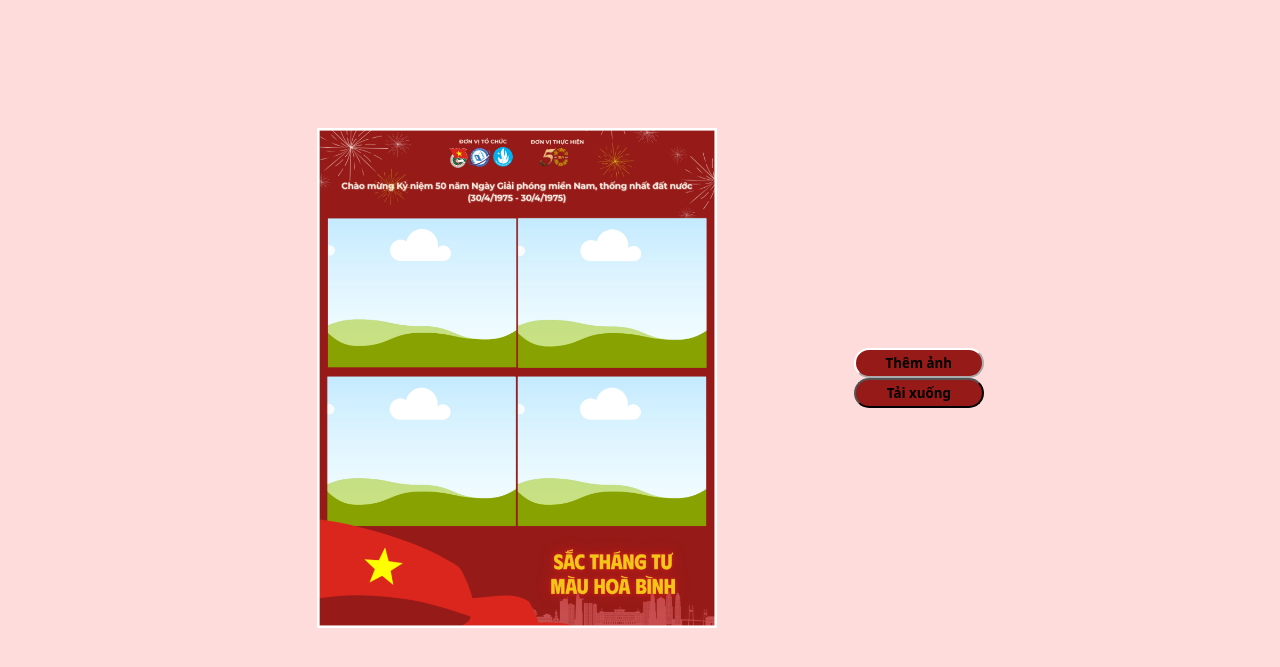
Repository: nguyentambinh/tuoitretdmu
Page: http://localhost/
These files come from the project's save history. The page is drawn as it stood at one moment and after a run of saves; the edit follows.
The browser window is 1280 px wide. The pictures show the whole page.
The page is run by PHP 8.4 with error messages shown; the project is at /var/www/html/.

Above is the page before, as saved 2025-04-10 12:56:38.

### index.php
<!DOCTYPE html>
<html lang="en">
<head>
    <meta charset="UTF-8">
    <meta name="viewport" content="width=device-width, initial-scale=1.0">
    <link rel="stylesheet" href="main.css">
    <script src="main.js"></script>
    <title></title>
</head>
<body>
    <div class = "container-box">
        <div class="background-box">

        </div>
        <div class="control-box">
            <button class="btn-add-picture">Thêm ảnh</button>
            <button class="btn-dowload-picture">Tải xuống</button>
        </div>
    </div>

</body>
</html>

### main.css
body{
    background-color: #ffdcdc;
    width: 80%;
    margin: 0 auto;
    margin-top: 10%;
    align-items: center;
    display: flex;
    justify-content: center;
}

.background-box{
    display: flex;
    justify-content: center;

    background-position: center;
    background-image: url('./picture/FRAMEPHOTOBOOTH304.png');
    background-size: contain;
    background-repeat: no-repeat;
}
.container-box{
    display: grid;
    display: grid;
    grid-template-columns: 70% 30%;
    gap: 20px;
    width: 80%;
    height: 500px;
}
.control-box{
    display: flex;
    justify-content: center;
    align-content: center;
    flex-direction: column;
    margin: 0 30px;
}
.btn-custom{

}
.btn-dowload-picture{
    background-color: #961A17;
    border-radius: 15px;
    font-weight: bold;
    font-family: system-ui, -apple-system, BlinkMacSystemFont, 'Segoe UI', Roboto, Oxygen, Ubuntu, Cantarell, 'Open Sans', 'Helvetica Neue', sans-serif;
    width: 70%;
    height: 30px;
}
.btn-add-picture{
    background-color: #961A17;
    border-radius: 15px;
    font-weight: bold;
    font-family: system-ui, -apple-system, BlinkMacSystemFont, 'Segoe UI', Roboto, Oxygen, Ubuntu, Cantarell, 'Open Sans', 'Helvetica Neue', sans-serif;
    border-color: white;
    width: 70%;
    height: 30px;
}

Loaded but not shown: main.js (no copy from this time; the picture is the same without it)

After the next 3 saves:
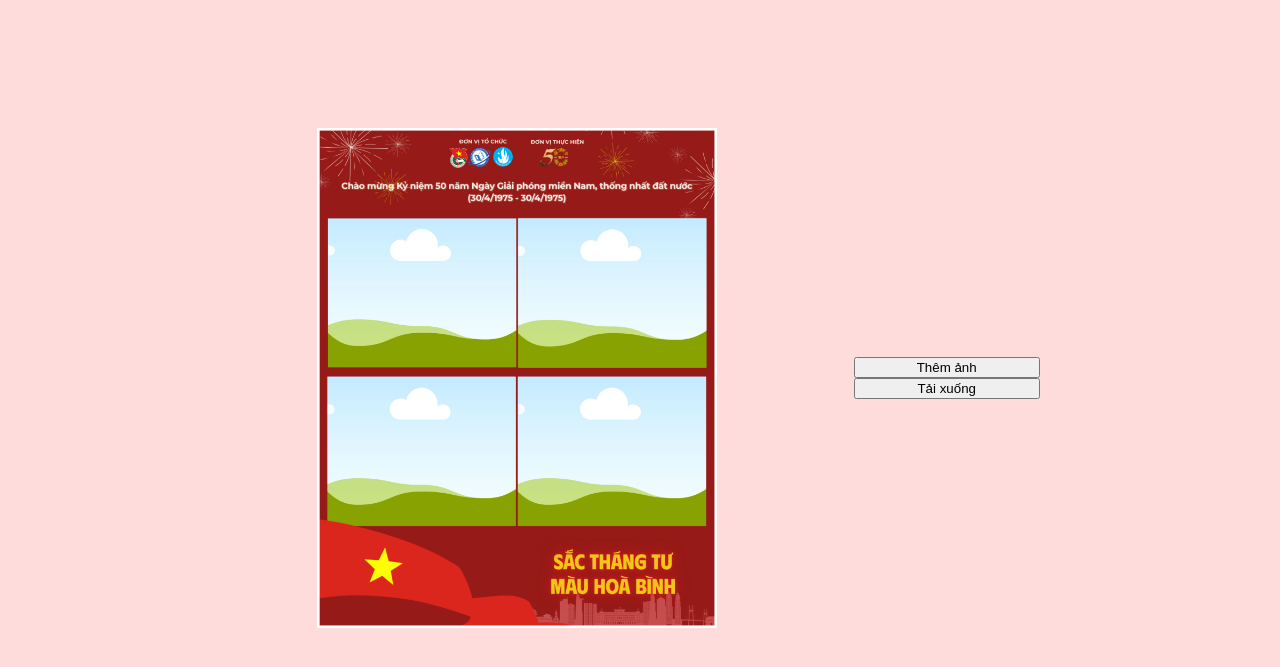
The 3 saves are shown as one change because they came seconds apart.
The last was saved 9 s later.
--- a/main.css
+++ b/main.css
@@ -33,9 +33,6 @@
     margin: 0 30px;
 }
 .btn-custom{
-
-}
-.btn-dowload-picture{
     background-color: #961A17;
     border-radius: 15px;
     font-weight: bold;
@@ -43,12 +40,9 @@
     width: 70%;
     height: 30px;
 }
+.btn-dowload-picture{
+
+}
 .btn-add-picture{
-    background-color: #961A17;
-    border-radius: 15px;
-    font-weight: bold;
-    font-family: system-ui, -apple-system, BlinkMacSystemFont, 'Segoe UI', Roboto, Oxygen, Ubuntu, Cantarell, 'Open Sans', 'Helvetica Neue', sans-serif;
-    border-color: white;
-    width: 70%;
-    height: 30px;
+
 }
